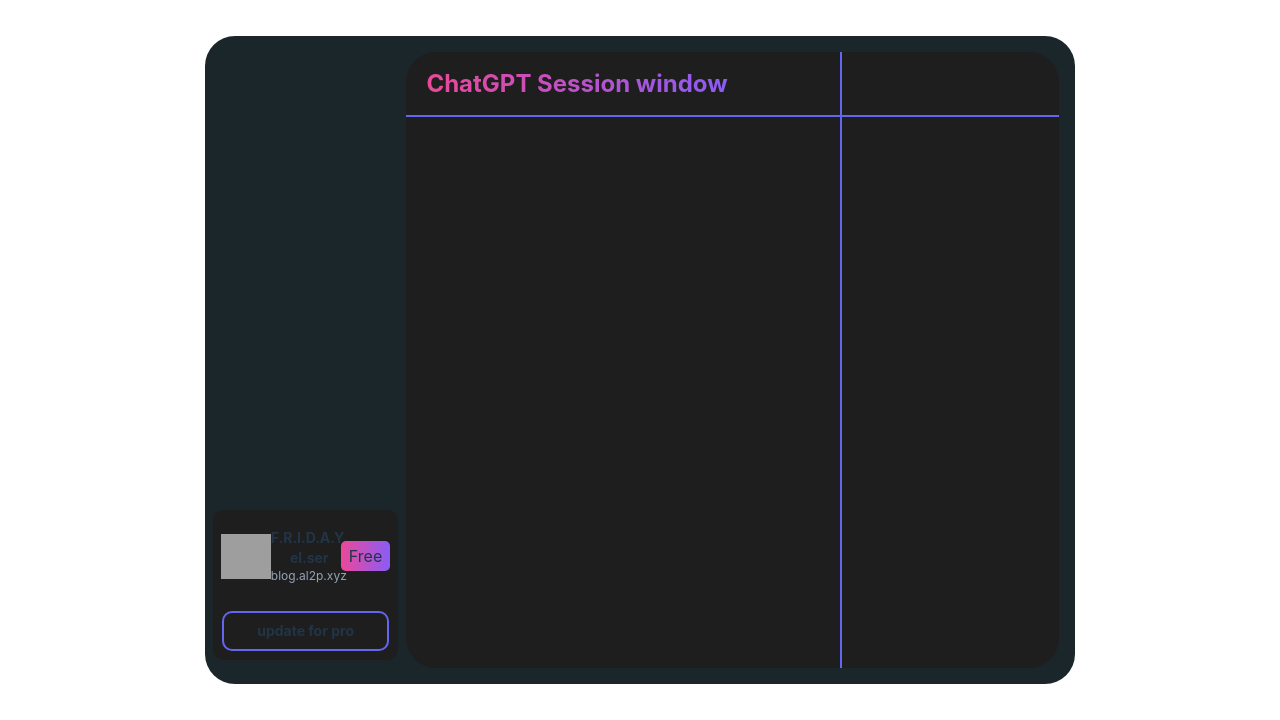
Repository: yezhonghu0503/chatgpt-vue-lac
Page: /
An editor plug-in stored every save of this project. The page is shown before and after the next save, followed by the edit.
The browser window is 1280 px wide. The pictures show the whole page.
Pictures or frames that could not be fetched are drawn as grey boxes. The project was rebuilt for these pictures with package versions that can differ from the ones it lists, and the page was loaded fresh each time. Also part of the build but not shown: vite.config.ts.

Above is the page before, as saved 2023-05-18 15:48:02.

After the next save:
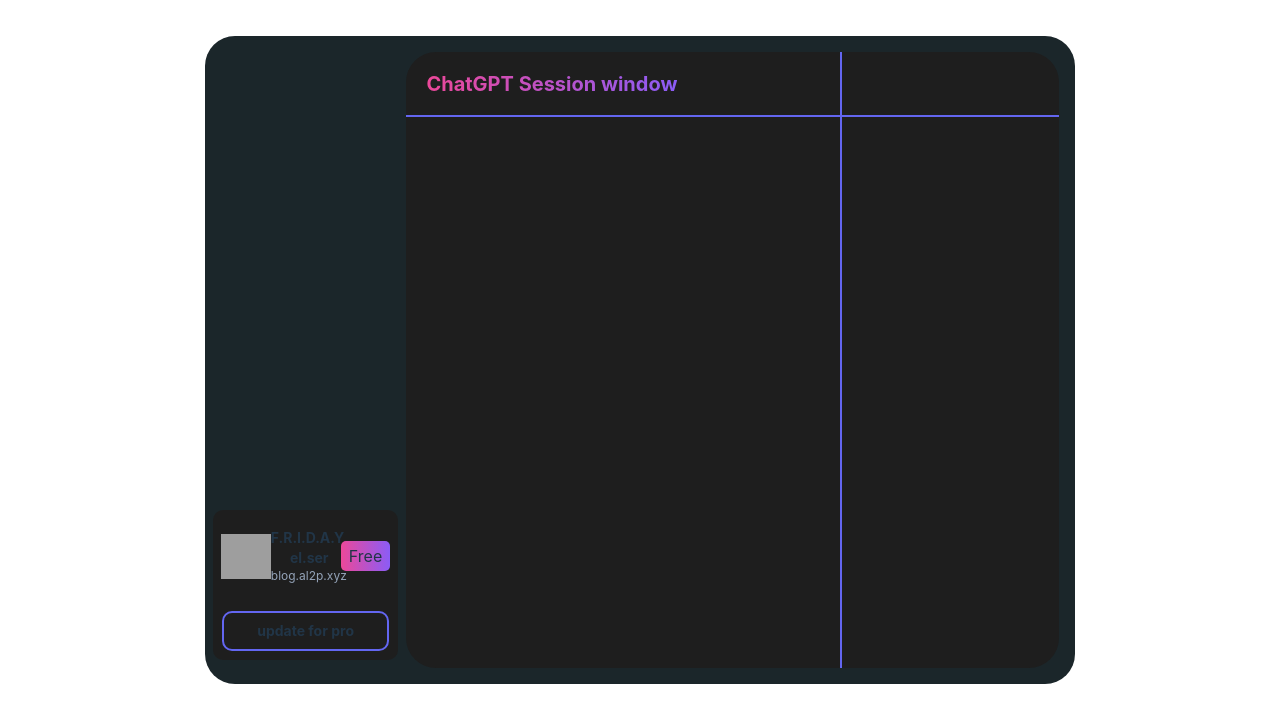
Saved 53 s later.
--- a/src/components/chat-main/chatMain.vue
+++ b/src/components/chat-main/chatMain.vue
@@ -1,20 +1,19 @@
 <template>
-    <div class="w-[51vw] h-[100%] bg-rg-chat rounded-[30px] flex">
-        <div class="w-[34vw] h-[100%] border-r-2 border-indigo-500">
-            <div class="w-[100%] h-[65px] border-b-2 border-indigo-500 flex justify-start items-center p-5">
-                <span
-                    class='text-2xl font-bold text-transparent bg-clip-text bg-gradient-to-r from-pink-500 to-violet-500'>ChatGPT
-                    Session window</span>
-            </div>
-        </div>
-        <div class="w-[17vw] h-[65px] border-b-2 border-indigo-500"></div>
+  <div class="w-[51vw] h-[100%] bg-rg-chat rounded-[30px] flex">
+    <div class="w-[34vw] h-[100%] border-r-2 border-indigo-500">
+      <div
+        class="w-[100%] h-[65px] border-b-2 border-indigo-500 flex justify-start items-center p-5"
+      >
+        <span
+          class="text-xl font-bold text-transparent bg-clip-text bg-gradient-to-r from-pink-500 to-violet-500"
+          >ChatGPT Session window</span
+        >
+      </div>
     </div>
+    <div class="w-[17vw] h-[65px] border-b-2 border-indigo-500"></div>
+  </div>
 </template>
 
-<script lang="ts" setup>
+<script lang="ts" setup></script>
 
-</script>
-
-<style lang="sass" scoped>
-
-</style>
+<style lang="sass" scoped></style>
